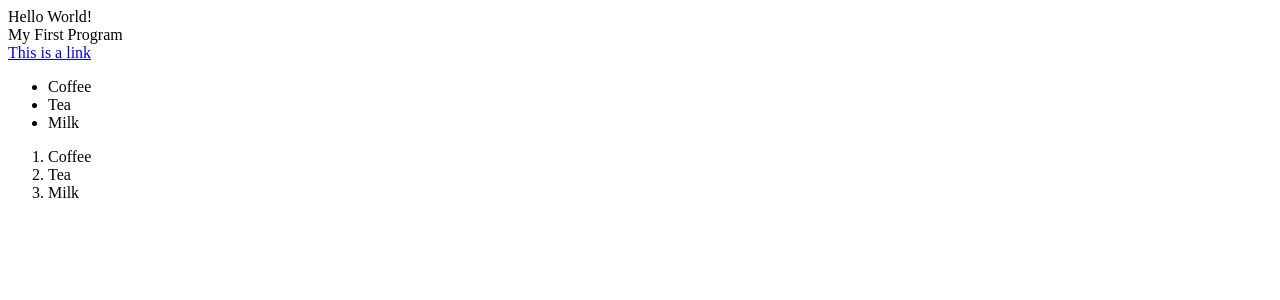
Repository: JayaramaNalka/Read-And-Sort-Name-in-Text-File
Page: http://localhost/HelloWorldJSP/helloWorld.jsp
An editor plug-in stored every save of this project. The page is shown before and after the next save, followed by the edit.
The browser window is 1280 px wide. The pictures show the whole page.
The page is served by Tomcat 9.

Above is the page before, as saved 2018-07-10 09:42:39.

After the next save:
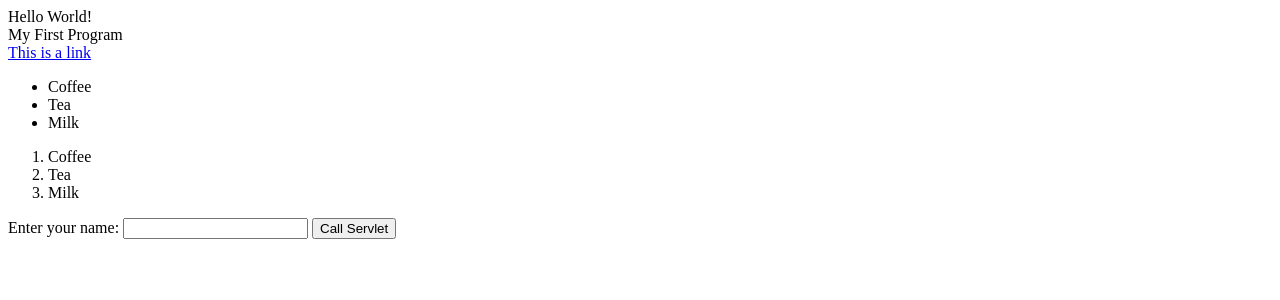
Saved 6 min 56 s later.
--- a/HelloWorldJSP/WebContent/helloWorld.jsp
+++ b/HelloWorldJSP/WebContent/helloWorld.jsp
@@ -24,5 +24,10 @@
   <li>Milk</li>
 </ol>
 
+<form action="helloServlet" method="post">
+    Enter your name: <input type="text" name="yourName" size="20">
+    <input type="submit" value="Call Servlet" />
+</form>
+
 </body>
 </html>
